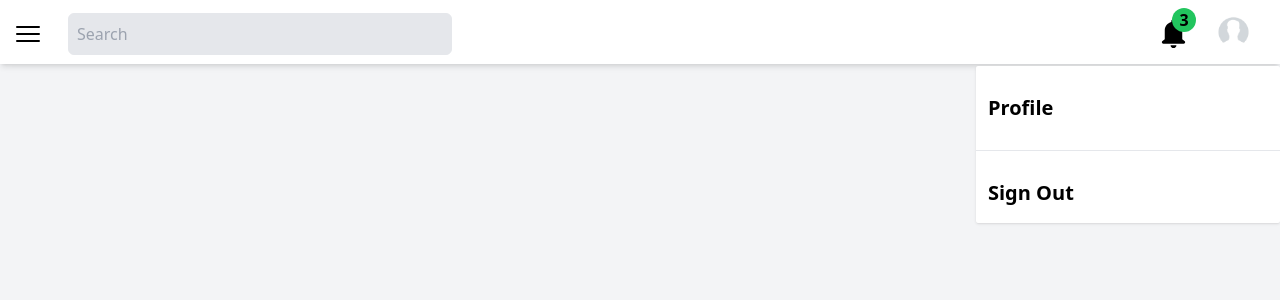
Repository: IssaMuiz/ifarmstock-admin
Page: /api/reset-password, after clicking the first element matching `div.hover\:bg-gray-100`
The author's editor kept a copy of each file at every save. The page is drawn from the files as they stood at one save, then again after the next save.
The browser window is 1280 px wide. The pictures show the whole page.
The page's requests for data from a server got no answer. The project was rebuilt for these pictures with package versions that can differ from the ones it lists, and the page was loaded fresh each time. The framework's server and built-in components were replaced by stand-ins that run in the browser. No one was signed in, and anything a server would have sent is missing. Also part of the build but not shown: next.config.mjs.

Above is the page before, as saved 2024-10-08 15:33:43.

### app/layout.tsx
import type { Metadata } from "next";
import localFont from "next/font/local";
import "./globals.css";
import ClientSessionProvider from "../components/clientSessionProvider";

const geistSans = localFont({
  src: "./fonts/GeistVF.woff",
  variable: "--font-geist-sans",
  weight: "100 900",
});
const geistMono = localFont({
  src: "./fonts/GeistMonoVF.woff",
  variable: "--font-geist-mono",
  weight: "100 900",
});

export const metadata: Metadata = {
  title: "iFarmStock-admin",
  description: "Generated by create next app",
};

export default function RootLayout({
  children,
}: Readonly<{
  children: React.ReactNode;
}>) {
  return (
    <html lang="en">
      <body
        className={`${geistSans.variable} ${geistMono.variable} antialiased mx-5 bg-gray-100`}
      >
        <ClientSessionProvider>{children}</ClientSessionProvider>
      </body>
    </html>
  );
}

### app/api/reset-password/page.tsx
"use client";
import React from "react";
import { useState } from "react";
import { useRouter } from "next/router";
import axios from "axios";

const ResetPassword = () => {
  const [password, setPassword] = useState("");
  const [message, setMessage] = useState("");

  const router = useRouter();
  const { token } = router.query;

  const handleSubmit = async (e: React.FormEvent) => {
    e.preventDefault();
    try {
      const res = await axios.post("/api/auth/reset-password", {
        token,
        password,
      });

      setMessage(res.data.message);
      router.push("/");
      // eslint-disable-next-line @typescript-eslint/no-unused-vars
    } catch (error) {
      setMessage("Error resetting password. Please try again");
    }
  };
  return (
    <div>
      <h2>Reset Password</h2>
      <form action="" onSubmit={handleSubmit}>
        <input
          type="password"
          placeholder="Enter new password"
          value={password}
          onChange={(e) => setPassword(e.target.value)}
          required
        />
        <button type="submit"> Reset Password</button>
      </form>
      {message && <p>{message}</p>}
    </div>
  );
};

export default ResetPassword;

### components/clientSessionProvider.tsx
"use client";

import { SessionProvider } from "next-auth/react";
import { ReactNode, useState } from "react";
import Navbar from "./navbar";
import Sidenav from "./sidenav";

export default function ClientSessionProvider({
  children,
}: {
  children: ReactNode;
}) {
  const [showSidebar, setShowSidenav] = useState(false);

  const toggleSidebar = () => {
    setShowSidenav((prev) => !prev);
  };
  return (
    <SessionProvider>
      <main className="flex ">
        <Sidenav showSidebar={showSidebar} />

        <div
          className={`fixed block md:hidden inset-0 bg-black transition-opacity duration-300 ease-in-out z-10 ${
            showSidebar
              ? "opacity-40 pointer-events-auto"
              : "opacity-0 pointer-events-none"
          }`}
          onClick={toggleSidebar}
        ></div>
        <section
          className={`relative z-0 transition-all duration-300 ease-in-out ${
            showSidebar ? "md:ml-80" : "w-full"
          }  flex-1`}
        >
          <Navbar toggleSidebar={toggleSidebar} showSidebar={showSidebar} />

          {children}
        </section>
      </main>
    </SessionProvider>
  );
}

### components/navbar.tsx
import React from "react";
import { useSession } from "next-auth/react";
import Image from "next/image";

interface ToggleSidebar {
  toggleSidebar: (event: React.MouseEvent<HTMLOrSVGElement>) => void;
  showSidebar: boolean;
}
const Navbar = ({ toggleSidebar, showSidebar }: ToggleSidebar) => {
  const { data: session } = useSession();
  return (
    <nav
      className={`bg-white h-16 fixed top-0 left-0 ${
        showSidebar ? "md:left-80" : "w-full"
      } right-0 shadow-md z-10 transition-all ease-in-out duration-300`}
    >
      <div className="mx-auto flex justify-between p-2">
        <div className="leftnav flex-1 flex gap-2 md:gap-5 items-center ">
          <svg
            onClick={toggleSidebar}
            xmlns="http://www.w3.org/2000/svg"
            viewBox="0 0 24 24"
            strokeWidth={1.5}
            stroke="currentColor"
            className="size-10 rounded-sm cursor-pointer p-1 hover:bg-gray-300"
          >
            <path
              strokeLinecap="round"
              strokeLinejoin="round"
              d="M3.75 6.75h16.5M3.75 12h16.5m-16.5 5.25h16.5"
            />
          </svg>

          <input
            type="text"
            placeholder="Search"
            className="p-2 bg-gray-200 rounded-md max-w-96 flex-1 border outline-none"
          />
        </div>
        <div className="right-nav flex items-center gap-1 md:gap-3 ml-2">
          <div className="relative cursor-pointer hover:bg-gray-300 rounded-sm p-2">
            <svg
              xmlns="http://www.w3.org/2000/svg"
              x="0px"
              y="0px"
              width="35"
              height="35"
              viewBox="0 0 24 24"
              className="fill:#1A1A1A;"
            >
              <path d="M 12 2 C 11.172 2 10.5 2.672 10.5 3.5 L 10.5 4.1953125 C 7.9131836 4.862095 6 7.2048001 6 10 L 6 16 L 4.4648438 17.15625 L 4.4628906 17.15625 A 1 1 0 0 0 4 18 A 1 1 0 0 0 5 19 L 12 19 L 19 19 A 1 1 0 0 0 20 18 A 1 1 0 0 0 19.537109 17.15625 L 18 16 L 18 10 C 18 7.2048001 16.086816 4.862095 13.5 4.1953125 L 13.5 3.5 C 13.5 2.672 12.828 2 12 2 z M 10 20 C 10 21.1 10.9 22 12 22 C 13.1 22 14 21.1 14 20 L 10 20 z"></path>
            </svg>
            <span className=" absolute flex items-center justify-center font-semibold top-0 left-6 bg-green-500 p-1 h-6 w-6 rounded-full">
              3
            </span>
          </div>
          <div className="relative ">
            <div className="cursor-pointer hover:bg-gray-100 flex items-center gap-2 ">
              <Image
                src={session?.user?.image || "/assets/images/avatar.png"}
                alt="profile-image"
                width={45}
                height={45}
                className="rounded-md p-1"
              />
              <div className=" flex-col hidden md:flex text-base p-1">
                <p className=" font-semibold">{session?.user?.name}</p>
                <p>{session?.user?.email}</p>
              </div>
            </div>
            <div className="bg-white shadow top-14 -right-2 absolute w-60 md:w-[19rem] text-xl font-semibold rounded-sm ">
              <div className="flex flex-col gap-5">
                <p className="hover:bg-gray-300 cursor-pointer px-3 py-2 mt-5 transition-all ease-in-out duration-300 ">
                  Profile
                </p>
                <hr />
                <p className="hover:bg-gray-300 cursor-pointer px-3 py-2 mb-2 transition-all ease-in-out duration-300 border-gray-300-">
                  Sign Out
                </p>
              </div>
            </div>
          </div>
        </div>
      </div>
    </nav>
  );
};

export default Navbar;

### components/sidenav.tsx
import React from "react";

interface Sidebar {
  showSidebar: boolean;
}
const Sidenav = ({ showSidebar }: Sidebar) => {
  return (
    <aside className="h-20 overflow-y-auto">
      <div
        className={`fixed w-80 overflow-x-hidden scrollbar  overflow-auto z-20 left-0 top-0 bottom-0 transform transition-transform duration-300  bg-gray-600 ${
          showSidebar ? "translate-x-0" : "-translate-x-full"
        }`}
      >
        <div className="bg-green-600 h-16 flex items-center gap-2 font-bold justify-center">
          <p className="text-2xl">iFarmStock</p>
          <p className="bg-white p-1 rounded-sm font-semibold text-sm">ADMIN</p>
        </div>
        <div className="flex flex-col items-start gap-6 text-white text-xl font-semibold mt-10">
          <div className="flex gap-5 w-full items-center py-3 px-6 hover:bg-gray-500 cursor-pointer">
            <svg
              width="30px"
              height="30px"
              viewBox="0 0 24 24"
              fill="none"
              xmlns="http://www.w3.org/2000/svg"
            >
              <path
                d="M21.54 19.25H21.31C21.2159 19.2194 21.1288 19.1706 21.0537 19.1062C20.9785 19.0418 20.9169 18.9632 20.8723 18.8749C20.8277 18.7866 20.8009 18.6903 20.7937 18.5917C20.7864 18.493 20.7988 18.3939 20.83 18.3C21.2622 16.9152 21.3626 15.4482 21.1231 14.0175C20.8837 12.5868 20.3111 11.2324 19.4516 10.0638C18.5921 8.89521 17.4698 7.94514 16.1754 7.29034C14.8809 6.63553 13.4506 6.29435 12 6.29435C10.5494 6.29435 9.11906 6.63553 7.82462 7.29034C6.53019 7.94514 5.4079 8.89521 4.54841 10.0638C3.68892 11.2324 3.11633 12.5868 2.87688 14.0175C2.63743 15.4482 2.73784 16.9152 3.17 18.3C3.21197 18.396 3.23338 18.4997 3.23284 18.6044C3.2323 18.7092 3.20983 18.8126 3.16687 18.9082C3.12391 19.0037 3.06142 19.0892 2.98341 19.1591C2.90541 19.229 2.81363 19.2818 2.71398 19.314C2.61434 19.3463 2.50903 19.3574 2.40485 19.3465C2.30068 19.3356 2.19994 19.303 2.10912 19.2508C2.01831 19.1986 1.93943 19.128 1.87758 19.0434C1.81573 18.9589 1.77226 18.8624 1.75 18.76C1.28255 17.2814 1.14055 15.7191 1.33375 14.1804C1.52694 12.6417 2.05074 11.1631 2.86922 9.84591C3.68769 8.52873 4.78146 7.40423 6.07545 6.54957C7.36945 5.69492 8.83303 5.13034 10.3658 4.89459C11.8985 4.65884 13.4641 4.7575 14.9551 5.1838C16.4461 5.61009 17.8273 6.35393 19.0037 7.36426C20.1802 8.3746 21.1241 9.62751 21.7708 11.037C22.4174 12.4465 22.7515 13.9792 22.75 15.53C22.75 16.6259 22.5814 17.7154 22.25 18.76C22.1977 18.9057 22.1011 19.0313 21.9738 19.1192C21.8464 19.2071 21.6947 19.2528 21.54 19.25Z"
                fill="#ffffff"
              />
              <path
                d="M21.54 19.25H2.45999C2.26108 19.25 2.07031 19.171 1.92966 19.0303C1.78901 18.8897 1.70999 18.6989 1.70999 18.5C1.70999 18.3011 1.78901 18.1103 1.92966 17.9697C2.07031 17.829 2.26108 17.75 2.45999 17.75H21.54C21.7389 17.75 21.9297 17.829 22.0703 17.9697C22.211 18.1103 22.29 18.3011 22.29 18.5C22.29 18.6989 22.211 18.8897 22.0703 19.0303C21.9297 19.171 21.7389 19.25 21.54 19.25Z"
                fill="#ffffff"
              />
              <path
                d="M12 16.25C11.9015 16.2505 11.8038 16.2312 11.7128 16.1935C11.6218 16.1557 11.5392 16.1001 11.47 16.03C11.3295 15.8894 11.2507 15.6988 11.2507 15.5C11.2507 15.3013 11.3295 15.1106 11.47 14.97L15.47 10.97C15.613 10.8661 15.788 10.8161 15.9643 10.8287C16.1406 10.8413 16.3067 10.9157 16.4335 11.0389C16.5602 11.162 16.6394 11.326 16.6571 11.5018C16.6747 11.6777 16.6297 11.8541 16.53 12L12.53 16C12.4633 16.0756 12.3819 16.1367 12.2908 16.1797C12.1997 16.2227 12.1007 16.2466 12 16.25Z"
                fill="#ffffff"
              />
            </svg>
            <p>Dashboard</p>
          </div>
          <div className="flex gap-5 w-full items-center py-3 px-6 hover:bg-gray-500 cursor-pointer">
            <svg
              xmlns="http://www.w3.org/2000/svg"
              fill="none"
              viewBox="0 0 24 24"
              strokeWidth={1.5}
              stroke="currentColor"
              className="size-7"
            >
              <path
                strokeLinecap="round"
                strokeLinejoin="round"
                d="M6 6.878V6a2.25 2.25 0 0 1 2.25-2.25h7.5A2.25 2.25 0 0 1 18 6v.878m-12 0c.235-.083.487-.128.75-.128h10.5c.263 0 .515.045.75.128m-12 0A2.25 2.25 0 0 0 4.5 9v.878m13.5-3A2.25 2.25 0 0 1 19.5 9v.878m0 0a2.246 2.246 0 0 0-.75-.128H5.25c-.263 0-.515.045-.75.128m15 0A2.25 2.25 0 0 1 21 12v6a2.25 2.25 0 0 1-2.25 2.25H5.25A2.25 2.25 0 0 1 3 18v-6c0-.98.626-1.813 1.5-2.122"
              />
            </svg>

            <p>Products</p>
          </div>
          <div className="flex gap-5 w-full items-center py-3 px-6 hover:bg-gray-500 cursor-pointer">
            <svg
              xmlns="http://www.w3.org/2000/svg"
              fill="none"
              viewBox="0 0 24 24"
              strokeWidth={1.5}
              stroke="currentColor"
              className="size-7"
            >
              <path
                strokeLinecap="round"
                strokeLinejoin="round"
                d="M20.25 6.375c0 2.278-3.694 4.125-8.25 4.125S3.75 8.653 3.75 6.375m16.5 0c0-2.278-3.694-4.125-8.25-4.125S3.75 4.097 3.75 6.375m16.5 0v11.25c0 2.278-3.694 4.125-8.25 4.125s-8.25-1.847-8.25-4.125V6.375m16.5 0v3.75m-16.5-3.75v3.75m16.5 0v3.75C20.25 16.153 16.556 18 12 18s-8.25-1.847-8.25-4.125v-3.75m16.5 0c0 2.278-3.694 4.125-8.25 4.125s-8.25-1.847-8.25-4.125"
              />
            </svg>

            <p>Categories</p>
          </div>
          <div className="flex gap-5 w-full items-center py-3 px-6 hover:bg-gray-500 cursor-pointer">
            <svg
              xmlns="http://www.w3.org/2000/svg"
              fill="none"
              viewBox="0 0 24 24"
              strokeWidth={1.5}
              stroke="currentColor"
              className="size-7"
            >
              <path
                strokeLinecap="round"
                strokeLinejoin="round"
                d="M2.25 3h1.386c.51 0 .955.343 1.087.835l.383 1.437M7.5 14.25a3 3 0 0 0-3 3h15.75m-12.75-3h11.218c1.121-2.3 2.1-4.684 2.924-7.138a60.114 60.114 0 0 0-16.536-1.84M7.5 14.25 5.106 5.272M6 20.25a.75.75 0 1 1-1.5 0 .75.75 0 0 1 1.5 0Zm12.75 0a.75.75 0 1 1-1.5 0 .75.75 0 0 1 1.5 0Z"
              />
            </svg>

            <p>Orders</p>
          </div>
          <div className="flex gap-5 w-full items-center py-3 px-6 hover:bg-gray-500 cursor-pointer">
            <svg
              xmlns="http://www.w3.org/2000/svg"
              fill="none"
              viewBox="0 0 24 24"
              strokeWidth={1.5}
              stroke="currentColor"
              className="size-7"
            >
              <path
                strokeLinecap="round"
                strokeLinejoin="round"
                d="M15.75 6a3.75 3.75 0 1 1-7.5 0 3.75 3.75 0 0 1 7.5 0ZM4.501 20.118a7.5 7.5 0 0 1 14.998 0A17.933 17.933 0 0 1 12 21.75c-2.676 0-5.216-.584-7.499-1.632Z"
              />
            </svg>

            <p>Customers</p>
          </div>
          <div className="flex gap-5 w-full items-center py-3 px-6 hover:bg-gray-500 cursor-pointer">
            <svg
              xmlns="http://www.w3.org/2000/svg"
              fill="none"
              viewBox="0 0 24 24"
              strokeWidth={1.5}
              stroke="currentColor"
              className="size-7"
            >
              <path
                strokeLinecap="round"
                strokeLinejoin="round"
                d="M9.594 3.94c.09-.542.56-.94 1.11-.94h2.593c.55 0 1.02.398 1.11.94l.213 1.281c.063.374.313.686.645.87.074.04.147.083.22.127.325.196.72.257 1.075.124l1.217-.456a1.125 1.125 0 0 1 1.37.49l1.296 2.247a1.125 1.125 0 0 1-.26 1.431l-1.003.827c-.293.241-.438.613-.43.992a7.723 7.723 0 0 1 0 .255c-.008.378.137.75.43.991l1.004.827c.424.35.534.955.26 1.43l-1.298 2.247a1.125 1.125 0 0 1-1.369.491l-1.217-.456c-.355-.133-.75-.072-1.076.124a6.47 6.47 0 0 1-.22.128c-.331.183-.581.495-.644.869l-.213 1.281c-.09.543-.56.94-1.11.94h-2.594c-.55 0-1.019-.398-1.11-.94l-.213-1.281c-.062-.374-.312-.686-.644-.87a6.52 6.52 0 0 1-.22-.127c-.325-.196-.72-.257-1.076-.124l-1.217.456a1.125 1.125 0 0 1-1.369-.49l-1.297-2.247a1.125 1.125 0 0 1 .26-1.431l1.004-.827c.292-.24.437-.613.43-.991a6.932 6.932 0 0 1 0-.255c.007-.38-.138-.751-.43-.992l-1.004-.827a1.125 1.125 0 0 1-.26-1.43l1.297-2.247a1.125 1.125 0 0 1 1.37-.491l1.216.456c.356.133.751.072 1.076-.124.072-.044.146-.086.22-.128.332-.183.582-.495.644-.869l.214-1.28Z"
              />
              <path
                strokeLinecap="round"
                strokeLinejoin="round"
                d="M15 12a3 3 0 1 1-6 0 3 3 0 0 1 6 0Z"
              />
            </svg>

            <p>Settings</p>
          </div>
        </div>
      </div>
    </aside>
  );
};

export default Sidenav;

Loaded but not shown: app/globals.css (common file); tailwind.config.ts (common file)

After the next save:
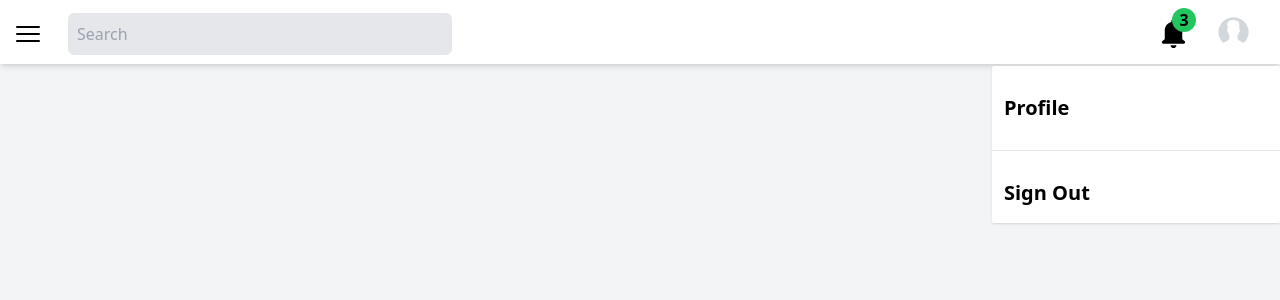
Saved 106 s later.
--- a/components/navbar.tsx
+++ b/components/navbar.tsx
@@ -68,7 +68,7 @@ const Navbar = ({ toggleSidebar, showSidebar }: ToggleSidebar) => {
                 <p>{session?.user?.email}</p>
               </div>
             </div>
-            <div className="bg-white shadow top-14 -right-2 absolute w-60 md:w-[19rem] text-xl font-semibold rounded-sm ">
+            <div className="bg-white shadow top-14 -right-2 absolute w-60 md:w-[18rem] text-xl font-semibold rounded-sm ">
               <div className="flex flex-col gap-5">
                 <p className="hover:bg-gray-300 cursor-pointer px-3 py-2 mt-5 transition-all ease-in-out duration-300 ">
                   Profile
